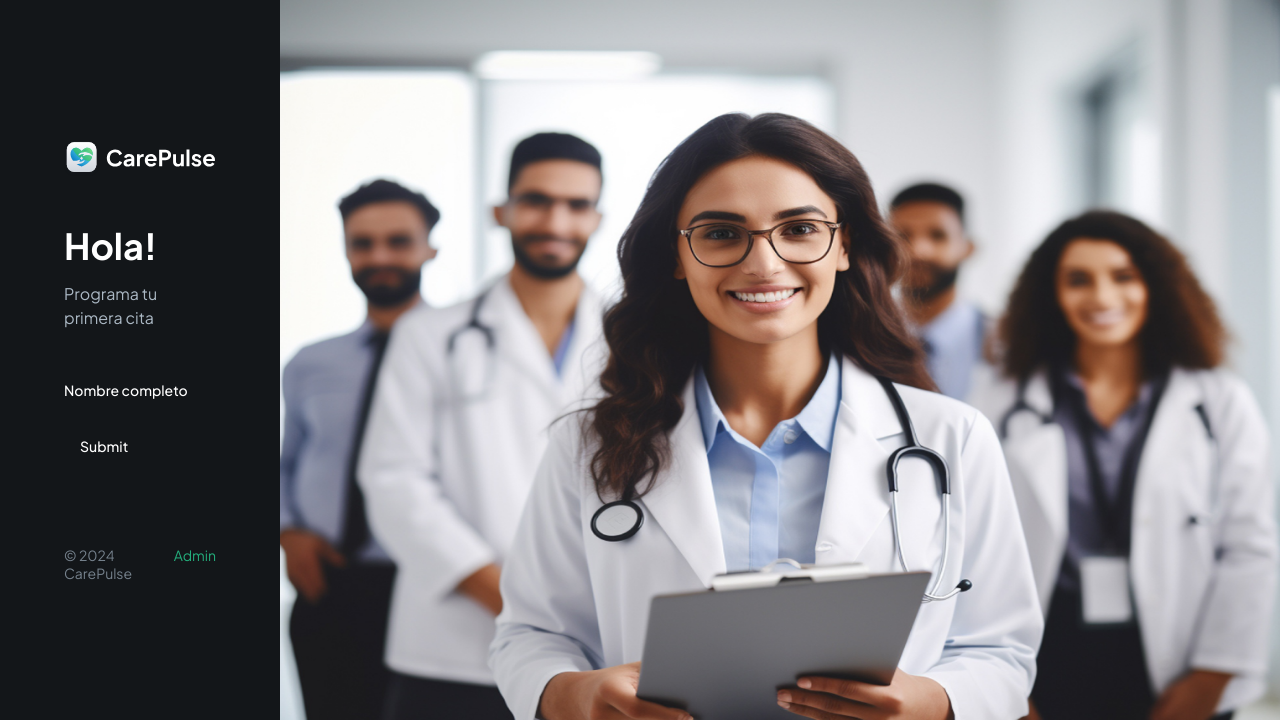
Repository: drsamame/healtcare
Page: /
The author's editor kept a copy of each file at every save. The page is drawn from the files as they stood at one save, then again after the next save.
The browser window is 1280 px wide. The pictures show the whole page.
The project was rebuilt for these pictures with package versions that can differ from the ones it lists, and the page was loaded fresh each time. The framework's server and built-in components were replaced by stand-ins that run in the browser. Also part of the build but not shown: next.config.mjs.

Above is the page before, as saved 2024-07-09 13:52:53.

### app/layout.tsx
import type { Metadata } from 'next';
import { Plus_Jakarta_Sans } from 'next/font/google';
import { ThemeProvider } from "@/components/ui/theme-provider"
import './globals.css';

import { cn } from '@/lib/utils';

const fontSans = Plus_Jakarta_Sans({
	subsets: ['latin'],
	weight: ['300', '400', '500', '600', '700'],
	variable: '--font-sans',
});

export const metadata: Metadata = {
	title: 'CarePulse',
	description: 'Un sistema de cuidado de la salud en tiempo real',
};

export default function RootLayout({
	children,
}: Readonly<{
	children: React.ReactNode;
}>) {
	return (
		<html lang="es" suppressHydrationWarning>
			<body
				className={cn(
					'min-h-screen bg-dark-300 font-sans antialiased',
					fontSans.variable
				)}
			>
				<ThemeProvider
					attribute="class"
					defaultTheme="dark"
					enableSystem
					disableTransitionOnChange
				>
					{children}
				</ThemeProvider>
			</body>
		</html>
	);
}

### app/page.tsx
import PatientForm from '@/components/forms/PatientForm';
import Image from 'next/image';
import Link from 'next/link';

export default function Home() {
	return (
		<div className="flex h-screen max-h-screen">
			<section className="remove-scrollbar container my-auto">
				<div className="sub-container max-w-[496px]">
					<Image
						alt="patient"
						src="/assets/icons/logo-full.svg"
						height={1000}
						width={1000}
						className="mb-12 h-10 w-fit"
					></Image>
					<PatientForm />
					<div className="text-14-regular mt-20 flex justify-between">
						<p className="justify-items-end text-dark-600 xl:text-left">
							© 2024 CarePulse{' '}
						</p>
						<Link href="/?admin=true" className="text-green-500">
							Admin
						</Link>
					</div>
				</div>
			</section>

			<Image
				src="/assets/images/onboarding-img.png"
				width={1000}
				height={1000}
				alt="patient"
			></Image>
		</div>
	);
}

### components/forms/PatientForm.tsx
'use client';
import { zodResolver } from '@hookform/resolvers/zod';
import { useForm } from 'react-hook-form';
import { z } from 'zod';
import { Button } from '@/components/ui/button';
import { Form } from '@/components/ui/form';
import CustomFormField from '../CustomFormField';

export enum FormFieldType {
	INPUT = 'input',
	CHECKBOX = 'checkbox',
	TEXTAREA = 'textarea',
	PHONE = 'phone',
	DATEPICKER = 'datepicker',
	SELECT = 'select',
	SKELETON = 'skeleton',
}

const formSchema = z.object({
	username: z.string().min(2, {
		message: 'Username must be at least 2 characters.',
	}),
});

const PatientForm = () => {
	// 1. Define your form.
	const form = useForm<z.infer<typeof formSchema>>({
		resolver: zodResolver(formSchema),
		defaultValues: {
			username: '',
		},
	});

	// 2. Define a submit handler.
	function onSubmit(values: z.infer<typeof formSchema>) {
		console.log(values);
	}
	return (
		<Form {...form}>
			<form onSubmit={form.handleSubmit(onSubmit)} className="space-y-6 flex-1">
				<section className="mb-12 space-y-4">
					<h1 className="header">Hola!</h1>
					<p className="text-dark-700">Programa tu primera cita</p>
				</section>
				<CustomFormField
					fieldType={FormFieldType.INPUT}
					control={form.control}
					name="name"
					label="Nombre completo"
					placeholder="Ej. Juan Pérez"
					iconSrc="/assets/icons/user.svg"
					iconAlt="user"
				/>
				<Button type="submit">Submit</Button>
			</form>
		</Form>
	);
};

export default PatientForm;

### components/ui/button.tsx
import * as React from "react"
import { Slot } from "@radix-ui/react-slot"
import { cva, type VariantProps } from "class-variance-authority"

import { cn } from "@/lib/utils"

const buttonVariants = cva(
  "inline-flex items-center justify-center whitespace-nowrap rounded-md text-sm font-medium ring-offset-background transition-colors focus-visible:outline-none focus-visible:ring-2 focus-visible:ring-ring focus-visible:ring-offset-2 disabled:pointer-events-none disabled:opacity-50",
  {
    variants: {
      variant: {
        default: "bg-primary text-primary-foreground hover:bg-primary/90",
        destructive:
          "bg-destructive text-destructive-foreground hover:bg-destructive/90",
        outline:
          "border border-input bg-background hover:bg-accent hover:text-accent-foreground",
        secondary:
          "bg-secondary text-secondary-foreground hover:bg-secondary/80",
        ghost: "hover:bg-accent hover:text-accent-foreground",
        link: "text-primary underline-offset-4 hover:underline",
      },
      size: {
        default: "h-10 px-4 py-2",
        sm: "h-9 rounded-md px-3",
        lg: "h-11 rounded-md px-8",
        icon: "h-10 w-10",
      },
    },
    defaultVariants: {
      variant: "default",
      size: "default",
    },
  }
)

export interface ButtonProps
  extends React.ButtonHTMLAttributes<HTMLButtonElement>,
    VariantProps<typeof buttonVariants> {
  asChild?: boolean
}

const Button = React.forwardRef<HTMLButtonElement, ButtonProps>(
  ({ className, variant, size, asChild = false, ...props }, ref) => {
    const Comp = asChild ? Slot : "button"
    return (
      <Comp
        className={cn(buttonVariants({ variant, size, className }))}
        ref={ref}
        {...props}
      />
    )
  }
)
Button.displayName = "Button"

export { Button, buttonVariants }

### components/ui/form.tsx
"use client"

import * as React from "react"
import * as LabelPrimitive from "@radix-ui/react-label"
import { Slot } from "@radix-ui/react-slot"
import {
  Controller,
  ControllerProps,
  FieldPath,
  FieldValues,
  FormProvider,
  useFormContext,
} from "react-hook-form"

import { cn } from "@/lib/utils"
import { Label } from "@/components/ui/label"

const Form = FormProvider

type FormFieldContextValue<
  TFieldValues extends FieldValues = FieldValues,
  TName extends FieldPath<TFieldValues> = FieldPath<TFieldValues>
> = {
  name: TName
}

const FormFieldContext = React.createContext<FormFieldContextValue>(
  {} as FormFieldContextValue
)

const FormField = <
  TFieldValues extends FieldValues = FieldValues,
  TName extends FieldPath<TFieldValues> = FieldPath<TFieldValues>
>({
  ...props
}: ControllerProps<TFieldValues, TName>) => {
  return (
    <FormFieldContext.Provider value={{ name: props.name }}>
      <Controller {...props} />
    </FormFieldContext.Provider>
  )
}

const useFormField = () => {
  const fieldContext = React.useContext(FormFieldContext)
  const itemContext = React.useContext(FormItemContext)
  const { getFieldState, formState } = useFormContext()

  const fieldState = getFieldState(fieldContext.name, formState)

  if (!fieldContext) {
    throw new Error("useFormField should be used within <FormField>")
  }

  const { id } = itemContext

  return {
    id,
    name: fieldContext.name,
    formItemId: `${id}-form-item`,
    formDescriptionId: `${id}-form-item-description`,
    formMessageId: `${id}-form-item-message`,
    ...fieldState,
  }
}

type FormItemContextValue = {
  id: string
}

const FormItemContext = React.createContext<FormItemContextValue>(
  {} as FormItemContextValue
)

const FormItem = React.forwardRef<
  HTMLDivElement,
  React.HTMLAttributes<HTMLDivElement>
>(({ className, ...props }, ref) => {
  const id = React.useId()

  return (
    <FormItemContext.Provider value={{ id }}>
      <div ref={ref} className={cn("space-y-2", className)} {...props} />
    </FormItemContext.Provider>
  )
})
FormItem.displayName = "FormItem"

const FormLabel = React.forwardRef<
  React.ElementRef<typeof LabelPrimitive.Root>,
  React.ComponentPropsWithoutRef<typeof LabelPrimitive.Root>
>(({ className, ...props }, ref) => {
  const { error, formItemId } = useFormField()

  return (
    <Label
      ref={ref}
      className={cn(error && "text-destructive", className)}
      htmlFor={formItemId}
      {...props}
    />
  )
})
FormLabel.displayName = "FormLabel"

const FormControl = React.forwardRef<
  React.ElementRef<typeof Slot>,
  React.ComponentPropsWithoutRef<typeof Slot>
>(({ ...props }, ref) => {
  const { error, formItemId, formDescriptionId, formMessageId } = useFormField()

  return (
    <Slot
      ref={ref}
      id={formItemId}
      aria-describedby={
        !error
          ? `${formDescriptionId}`
          : `${formDescriptionId} ${formMessageId}`
      }
      aria-invalid={!!error}
      {...props}
    />
  )
})
FormControl.displayName = "FormControl"

const FormDescription = React.forwardRef<
  HTMLParagraphElement,
  React.HTMLAttributes<HTMLParagraphElement>
>(({ className, ...props }, ref) => {
  const { formDescriptionId } = useFormField()

  return (
    <p
      ref={ref}
      id={formDescriptionId}
      className={cn("text-sm text-muted-foreground", className)}
      {...props}
    />
  )
})
FormDescription.displayName = "FormDescription"

const FormMessage = React.forwardRef<
  HTMLParagraphElement,
  React.HTMLAttributes<HTMLParagraphElement>
>(({ className, children, ...props }, ref) => {
  const { error, formMessageId } = useFormField()
  const body = error ? String(error?.message) : children

  if (!body) {
    return null
  }

  return (
    <p
      ref={ref}
      id={formMessageId}
      className={cn("text-sm font-medium text-destructive", className)}
      {...props}
    >
      {body}
    </p>
  )
})
FormMessage.displayName = "FormMessage"

export {
  useFormField,
  Form,
  FormItem,
  FormLabel,
  FormControl,
  FormDescription,
  FormMessage,
  FormField,
}

### components/CustomFormField.tsx
'use client';
import React from 'react';

import {
	FormControl,
	FormDescription,
	FormField,
	FormItem,
	FormLabel,
	FormMessage,
} from '@/components/ui/form';
import { Input } from '@/components/ui/input';
import { Control } from 'react-hook-form';
import { FormFieldType } from './forms/PatientForm';

interface Props {
	control: Control<any>;
	fieldType: FormFieldType;
	name: string;
	label?: string;
	placeholtder?: string;
	iconSrc?: string;
	iconAlt?: string;
	disabled?: boolean;
	dateFormat?: string;
	showTimeSelect?: boolean;
	children?: React.ReactNode;
	renderSkeleton?: (field: any) => React.ReactNode;
}

const RenderField = (props) => {
	<Input type="text" placeholder="Ej. Juan Pérez" />;
};

function CustomFormField(props: Props) {
    const { control, fieldType, name, label } = props
	return (
		<FormField
			control={control}
			name={name}
			render={({ field }) => (
				<FormItem>
					{fieldType !== FormFieldType.CHECKBOX && label && (
						<FormLabel htmlFor={name}>{label}</FormLabel>
					)}
                    <RenderField field={field} props={props} ></RenderField>
				</FormItem>
			)}
		/>
	);
}

export default CustomFormField;

### components/ui/label.tsx
"use client"

import * as React from "react"
import * as LabelPrimitive from "@radix-ui/react-label"
import { cva, type VariantProps } from "class-variance-authority"

import { cn } from "@/lib/utils"

const labelVariants = cva(
  "text-sm font-medium leading-none peer-disabled:cursor-not-allowed peer-disabled:opacity-70"
)

const Label = React.forwardRef<
  React.ElementRef<typeof LabelPrimitive.Root>,
  React.ComponentPropsWithoutRef<typeof LabelPrimitive.Root> &
    VariantProps<typeof labelVariants>
>(({ className, ...props }, ref) => (
  <LabelPrimitive.Root
    ref={ref}
    className={cn(labelVariants(), className)}
    {...props}
  />
))
Label.displayName = LabelPrimitive.Root.displayName

export { Label }

### tailwind.config.ts
import type { Config } from "tailwindcss";

const { fontFamily } = require("tailwindcss/defaultTheme");

const config = {
  darkMode: ["class"],
  content: [
    "./pages/**/*.{ts,tsx}",
    "./components/**/*.{ts,tsx}",
    "./app/**/*.{ts,tsx}",
    "./src/**/*.{ts,tsx}",
  ],
  prefix: "",
  theme: {
    container: {
      center: true,
      padding: "2rem",
      screens: {
        "2xl": "1400px",
      },
    },
    extend: {
      colors: {
        green: {
          500: "#24AE7C",
          600: "#0D2A1F",
        },
        blue: {
          500: "#79B5EC",
          600: "#152432",
        },
        red: {
          500: "#F37877",
          600: "#3E1716",
          700: "#F24E43",
        },
        light: {
          200: "#E8E9E9",
        },
        dark: {
          200: "#0D0F10",
          300: "#131619",
          400: "#1A1D21",
          500: "#363A3D",
          600: "#76828D",
          700: "#ABB8C4",
        },
      },
      fontFamily: {
        sans: ["var(--font-sans)", ...fontFamily.sans],
      },
      backgroundImage: {
        appointments: "url('/assets/images/appointments-bg.png')",
        pending: "url('/assets/images/pending-bg.png')",
        cancelled: "url('/assets/images/cancelled-bg.png')",
      },
      keyframes: {
        "accordion-down": {
          from: { height: "0" },
          to: { height: "var(--radix-accordion-content-height)" },
        },
        "accordion-up": {
          from: { height: "var(--radix-accordion-content-height)" },
          to: { height: "0" },
        },
        "caret-blink": {
          "0%,70%,100%": { opacity: "1" },
          "20%,50%": { opacity: "0" },
        },
      },
      animation: {
        "accordion-down": "accordion-down 0.2s ease-out",
        "accordion-up": "accordion-up 0.2s ease-out",
        "caret-blink": "caret-blink 1.25s ease-out infinite",
      },
    },
  },
  plugins: [require("tailwindcss-animate")],
} satisfies Config;

export default config;

### components/ui/input.tsx
import * as React from "react"

import { cn } from "@/lib/utils"

export interface InputProps
  extends React.InputHTMLAttributes<HTMLInputElement> {}

const Input = React.forwardRef<HTMLInputElement, InputProps>(
  ({ className, type, ...props }, ref) => {
    return (
      <input
        type={type}
        className={cn(
          "flex h-10 w-full rounded-md border border-input bg-background px-3 py-2 text-sm ring-offset-background file:border-0 file:bg-transparent file:text-sm file:font-medium placeholder:text-muted-foreground focus-visible:outline-none focus-visible:ring-2 focus-visible:ring-ring focus-visible:ring-offset-2 disabled:cursor-not-allowed disabled:opacity-50",
          className
        )}
        ref={ref}
        {...props}
      />
    )
  }
)
Input.displayName = "Input"

export { Input }

Loaded but not shown: components/ui/theme-provider.tsx (common file); app/globals.css (common file); lib/utils.ts (common file)

After the next save:
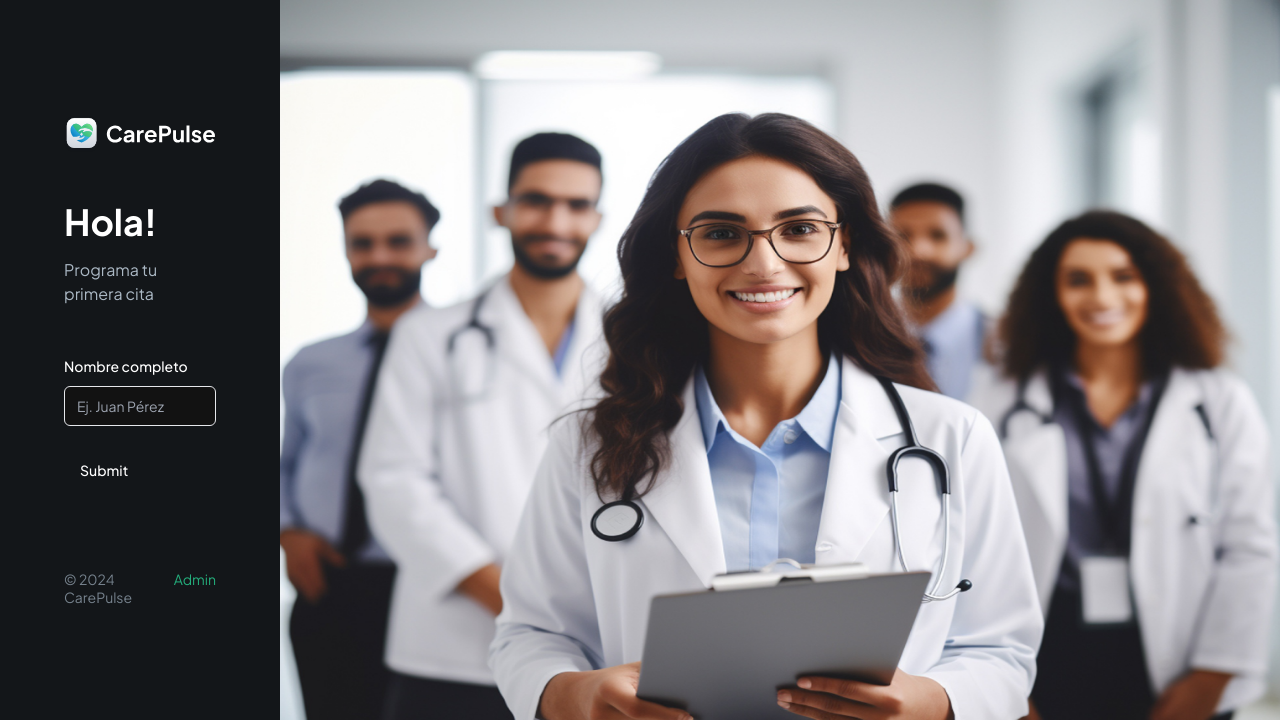
Saved 13 min 33 s later.
--- a/components/CustomFormField.tsx
+++ b/components/CustomFormField.tsx
@@ -28,12 +28,12 @@ interface Props {
 	renderSkeleton?: (field: any) => React.ReactNode;
 }
 
-const RenderField = (props) => {
-	<Input type="text" placeholder="Ej. Juan Pérez" />;
+const RenderField = ({ field, props }: { field: any; props: Props }) => {
+	return <Input type="text" placeholder="Ej. Juan Pérez" />;
 };
 
 function CustomFormField(props: Props) {
-    const { control, fieldType, name, label } = props
+	const { control, fieldType, name, label } = props;
 	return (
 		<FormField
 			control={control}
@@ -43,7 +43,7 @@ function CustomFormField(props: Props) {
 					{fieldType !== FormFieldType.CHECKBOX && label && (
 						<FormLabel htmlFor={name}>{label}</FormLabel>
 					)}
-                    <RenderField field={field} props={props} ></RenderField>
+					<RenderField field={field} props={props}></RenderField>
 				</FormItem>
 			)}
 		/>
